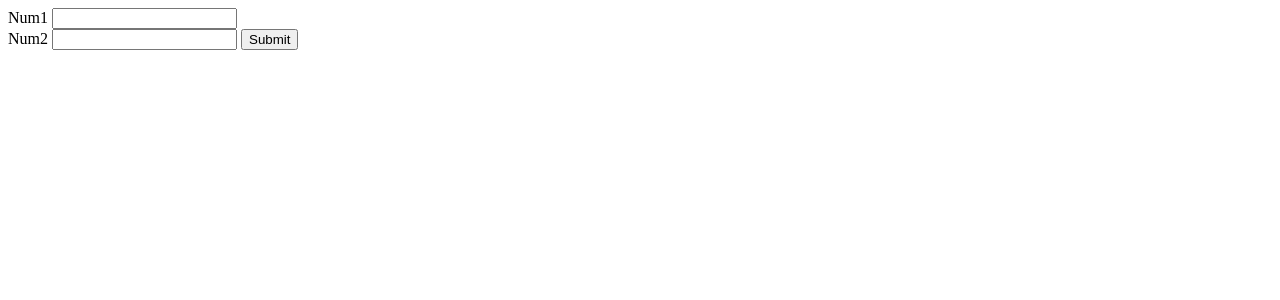
Repository: AhimshaMudbari/JSP_and_Servlet
Page: Simple Form/src/main/webapp/Form.html
These files come from the project's save history. The page is drawn as it stood at one moment and after the next save; the edit follows.
The browser window is 1280 px wide. The pictures show the whole page.

Above is the page before, as saved 2022-06-11 05:49:20.

### Simple Form/src/main/webapp/Form.html
<!DOCTYPE html>
<html>
<head>
<meta charset="UTF-8">
<title>Simple Form</title>
</head>
<body>
<form action="">
<label>Num1</label>
<input type="text" name="num1"><br/>
<label>Num2</label>
<input type="text" name="num2">
<button type="submit">
Submit
</button>
</form>
</body>
</html>

After the next save:
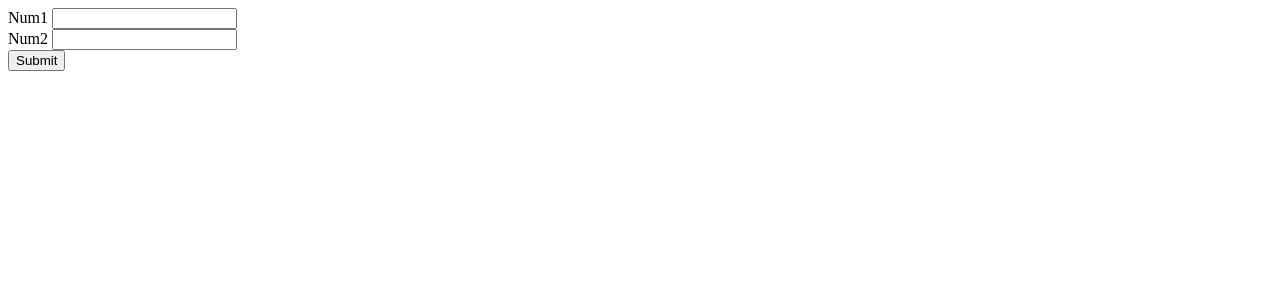
Saved 44 s later.
--- a/Simple Form/src/main/webapp/Form.html
+++ b/Simple Form/src/main/webapp/Form.html
@@ -9,7 +9,7 @@
 <label>Num1</label>
 <input type="text" name="num1"><br/>
 <label>Num2</label>
-<input type="text" name="num2">
+<input type="text" name="num2"><br/>
 <button type="submit">
 Submit
 </button>
